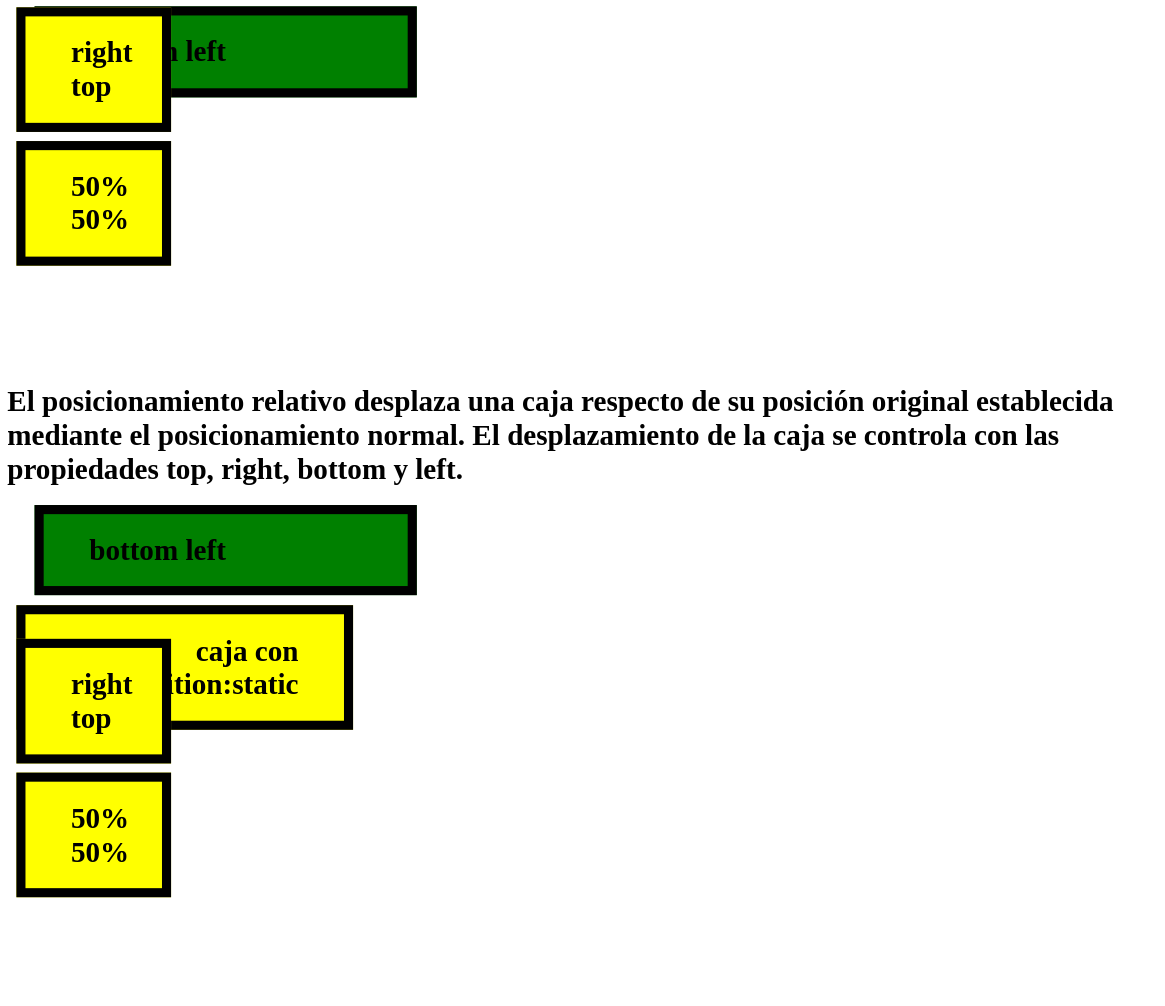
Repository: antonio63j/misNotas
Page: software/CSS/Demos/aptana_proyect/src/absoluto1.html
The author's editor kept a copy of each file at every save. The page is drawn from the files as they stood at one save, then again after the next save.
The browser window is 1280 px wide. The pictures show the whole page, at 91% of full size.

Above is the page before, as saved 2017-04-23 16:38:28.

### software/CSS/Demos/aptana_proyect/src/absoluto1.html
<!DOCTYPE html>
<html>
<head>
<style>


#caja0 {
  position:static;

  bottom:7px;
  width: 300px;
  padding-left:  50px;
  padding-right: 50px;
  margin-left:   10px;
  margin-right:  10px;
  border: 10px solid black;
  margin-bottom:10px;
  background-color:cian;
}

#caja1 {
  position:relative;
  bottom:1px;
  left:20px;
  width: 300px;
  padding-left:  50px;
  padding-right: 50px;
  margin-left:   10px;
  margin-right:  10px;
  border: 10px solid black;
  margin-bottom:10px;
  background-color:green;
}

#caja2 {
  position:relative;
  top:-110px;
  width: 50px;
  padding-left:  50px;
  padding-right: 50px;
  margin-left:   10px;
  margin-right:  10px;
  border: 10px solid black;
  margin-bottom:10px;
  background-color:yellow;
}

#caja3 {
  position:relative;
  top:-110px;
  width: 50px;
  padding-left:  50px;
  padding-right: 50px;
  margin-left:   10px;
  margin-right:  10px;
  border: 10px solid black;
  margin-bottom:10px;
  background-color:yellow;
}

#caja11 {
  position:relative;
  bottom:1px;
  left:20px;
  width: 300px;
  padding-left:  50px;
  padding-right: 50px;
  margin-left:   10px;
  margin-right:  10px;
  border: 10px solid black;
  margin-bottom:10px;
  background-color:green;
}

#caja22 {
  position:relative;
  top:-110px;
  width: 50px;
  padding-left:  50px;
  padding-right: 50px;
  margin-left:   10px;
  margin-right:  10px;
  border: 10px solid black;
  margin-bottom:10px;
  background-color:yellow;
}

#caja33 {
  position:relative;
  top:-110px;
  width: 50px;
  padding-left:  50px;
  padding-right: 50px;
  margin-left:   10px;
  margin-right:  10px;
  border: 10px solid black;
  margin-bottom:10px;
  background-color:yellow;
}

#caja44 {
  position:static;
  top:-110px;
  width: 250px;
  padding-left:  50px;
  padding-right: 50px;
  margin-left:   10px;
  margin-right:  10px;
  border: 10px solid black;
  margin-bottom:10px;
  background-color:yellow;
}


</style>
</head>



<body>

<div id="caja1"><h1>bottom left</h1></div>
<div id="caja2"><h1>right top</h1></div>
<div id="caja3"><h1>50% 50%</h1></div>

<h1>El posicionamiento relativo desplaza una caja respecto de su posición original establecida mediante el posicionamiento normal. El desplazamiento de la caja se controla con las propiedades top, right, bottom y left.</h1>

<div id="caja11"><h1>bottom left</h1></div>
<div id="caja44"><h1 align="right">caja con position:static</h1></div>
<div id="caja22"><h1>right top</h1></div>
<div id="caja33"><h1>50% 50%</h1></div>



</body>

</html>

After the next save:
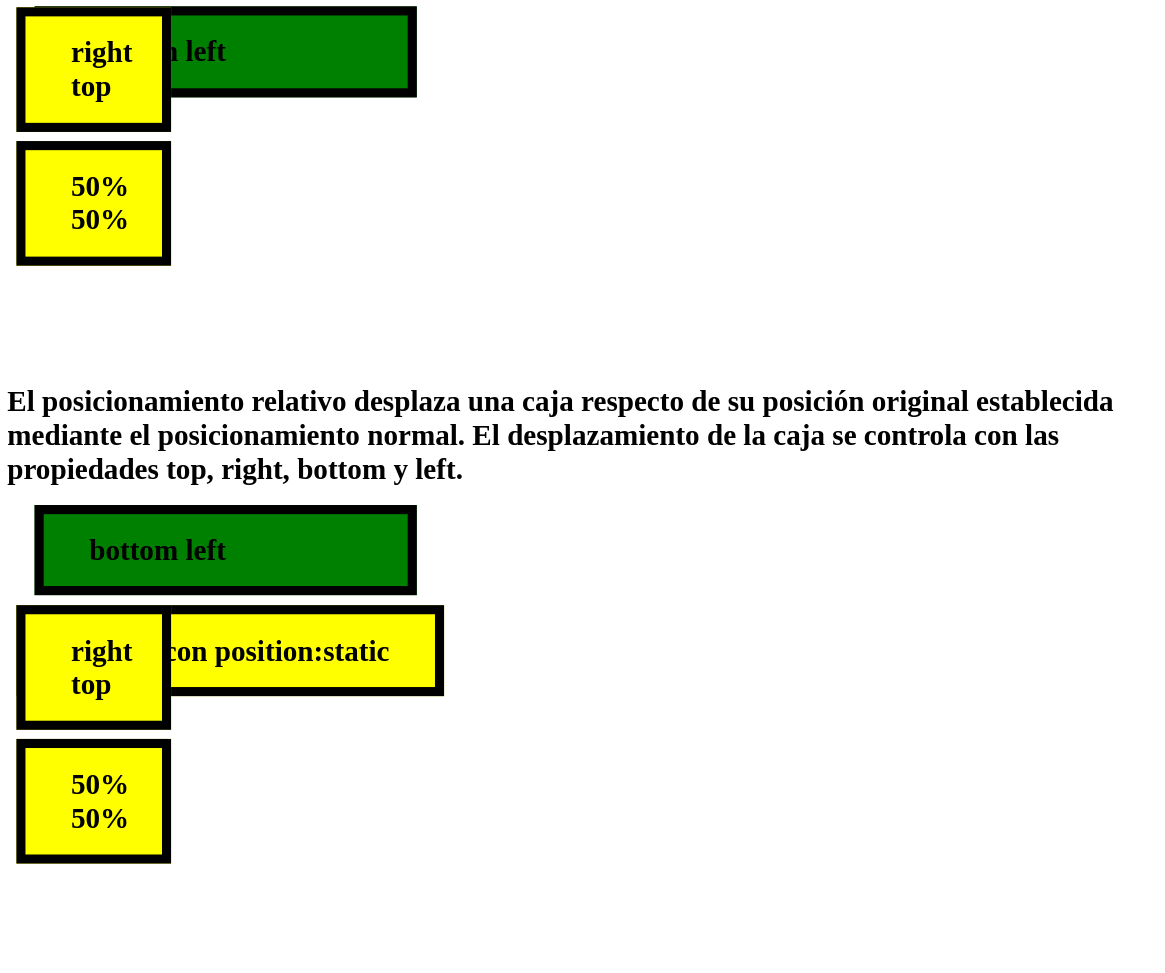
Saved 58 s later.
--- a/software/CSS/Demos/aptana_proyect/src/absoluto1.html
+++ b/software/CSS/Demos/aptana_proyect/src/absoluto1.html
@@ -101,7 +101,7 @@
 #caja44 {
   position:static;
   top:-110px;
-  width: 250px;
+  width: 350px;
   padding-left:  50px;
   padding-right: 50px;
   margin-left:   10px;
